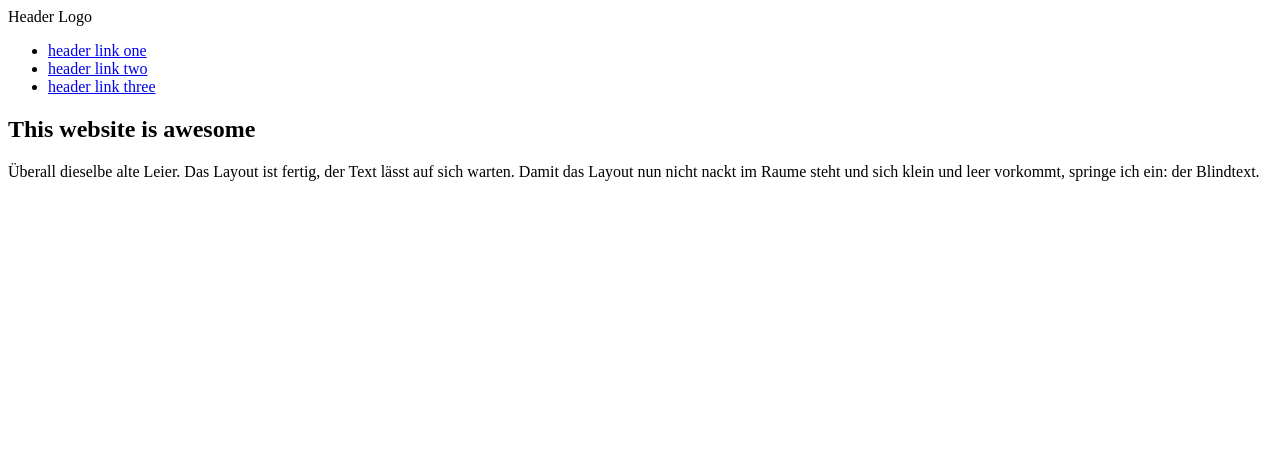
Repository: evemcd/odin_project
Page: odin-project2-landing-page/index.html
An editor plug-in stored every save of this project. The page is shown before and after the next save, followed by the edit.
The browser window is 1280 px wide. The pictures show the whole page.

Above is the page before, as saved 2022-02-08 08:53:14.

### odin-project2-landing-page/index.html
<!DOCTYPE html>
<html lang="en">
<head>
    <meta charset="UTF-8">
    <title>Odin Project 2 Landing Page</title>
</head>
<body>
    <header>
        <span>Header Logo</span>
        <ul>
            <li><a href="#">header link one</a></li>
            <li><a href="#">header link two</a></li>
            <li><a href="#">header link three</a></li>
        </ul>
    </header>

    <div class="container1">
        <div>
            <h2>This website is awesome</h2>
            <p>Überall dieselbe alte Leier. Das Layout ist fertig, der Text lässt auf sich warten. Damit das Layout nun nicht nackt im Raume steht und sich klein und leer vorkommt, springe ich ein: der Blindtext.</p>
        </div>
        <div></div>
    </div>

    <div class="container2"></div>

    <div class="container3"></div>

    <div class="container4"></div>

    <footer></footer>
</body>
</html>

After the next save:
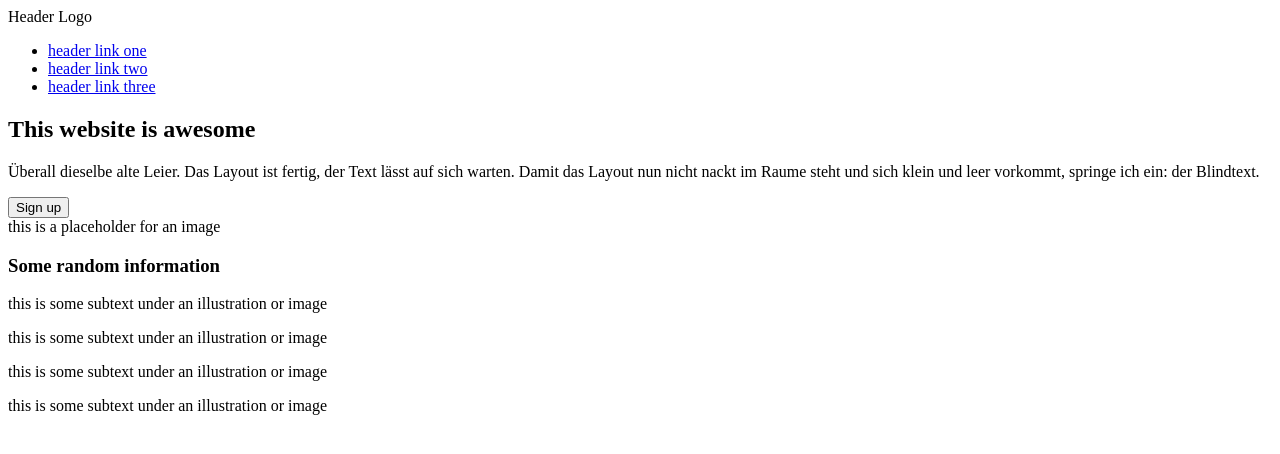
Saved 4 min 18 s later.
--- a/odin-project2-landing-page/index.html
+++ b/odin-project2-landing-page/index.html
@@ -18,13 +18,38 @@
         <div>
             <h2>This website is awesome</h2>
             <p>Überall dieselbe alte Leier. Das Layout ist fertig, der Text lässt auf sich warten. Damit das Layout nun nicht nackt im Raume steht und sich klein und leer vorkommt, springe ich ein: der Blindtext.</p>
+            <button>Sign up</button>
         </div>
-        <div></div>
+        <div>
+            <span>this is a placeholder for an image</span>
+        </div>
     </div>
 
-    <div class="container2"></div>
+    <div class="container2">
+        <h3>Some random information</h3>
+        <div>
+            <div>
+                <div class="box"></div>
+                <p>this is some subtext under an illustration or image</p>
+            </div>
+            <div>
+                <div class="box"></div>
+                <p>this is some subtext under an illustration or image</p>
+            </div>
+            <div>
+                <div class="box"></div>
+                <p>this is some subtext under an illustration or image</p>
+            </div>
+            <div>
+                <div class="box"></div>
+                <p>this is some subtext under an illustration or image</p>
+            </div>
+        </div>
+    </div>
 
-    <div class="container3"></div>
+    <div class="container3">
+
+    </div>
 
     <div class="container4"></div>
 
